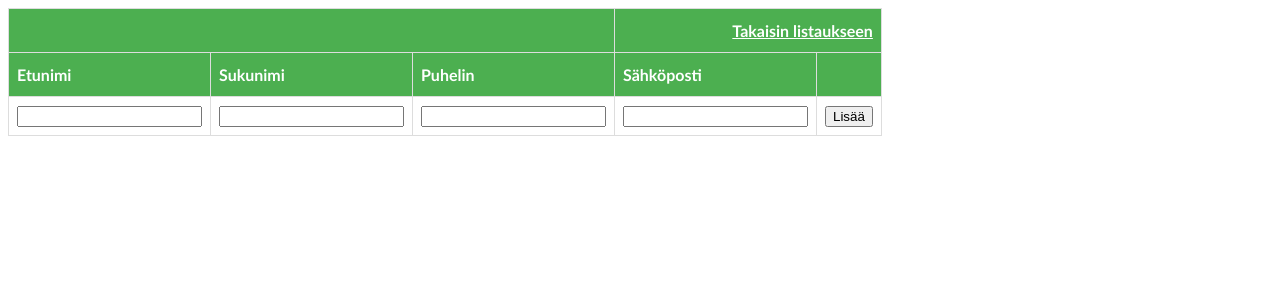
Repository: a1503589/ohjelmointi2-lopputyo
Page: http://localhost/autot/lisaavene.jsp
The author's editor kept a copy of each file at every save. The page is drawn from the files as they stood at one save, then again after the next save.
The browser window is 1280 px wide. The pictures show the whole page.
The page is served by Tomcat 9.

Above is the page before, as saved 2021-12-08 17:31:19.
Console error: TypeError: Cannot read properties of null (reading 'focus')

After the next save:
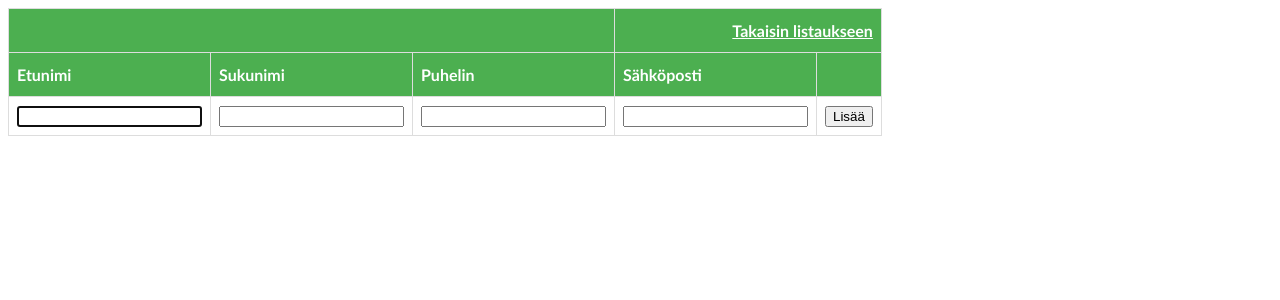
The error is gone.
Saved 50 s later.
--- a/autot/src/main/webapp/lisaavene.jsp
+++ b/autot/src/main/webapp/lisaavene.jsp
@@ -45,7 +45,7 @@ function tutkiKey(event){
 
 }
 
-document.getElementById("rekNo").focus();//viedään kursori rekno-kenttään sivun latauksen yhteydessä
+document.getElementById("etunimi").focus();//viedään kursori rekno-kenttään sivun latauksen yhteydessä
 
 //funktio tietojen lisäämistä varten. Kutsutaan backin POST-metodia ja välitetään kutsun mukana uudet tiedot json-stringinä.
 //POST /autot/
